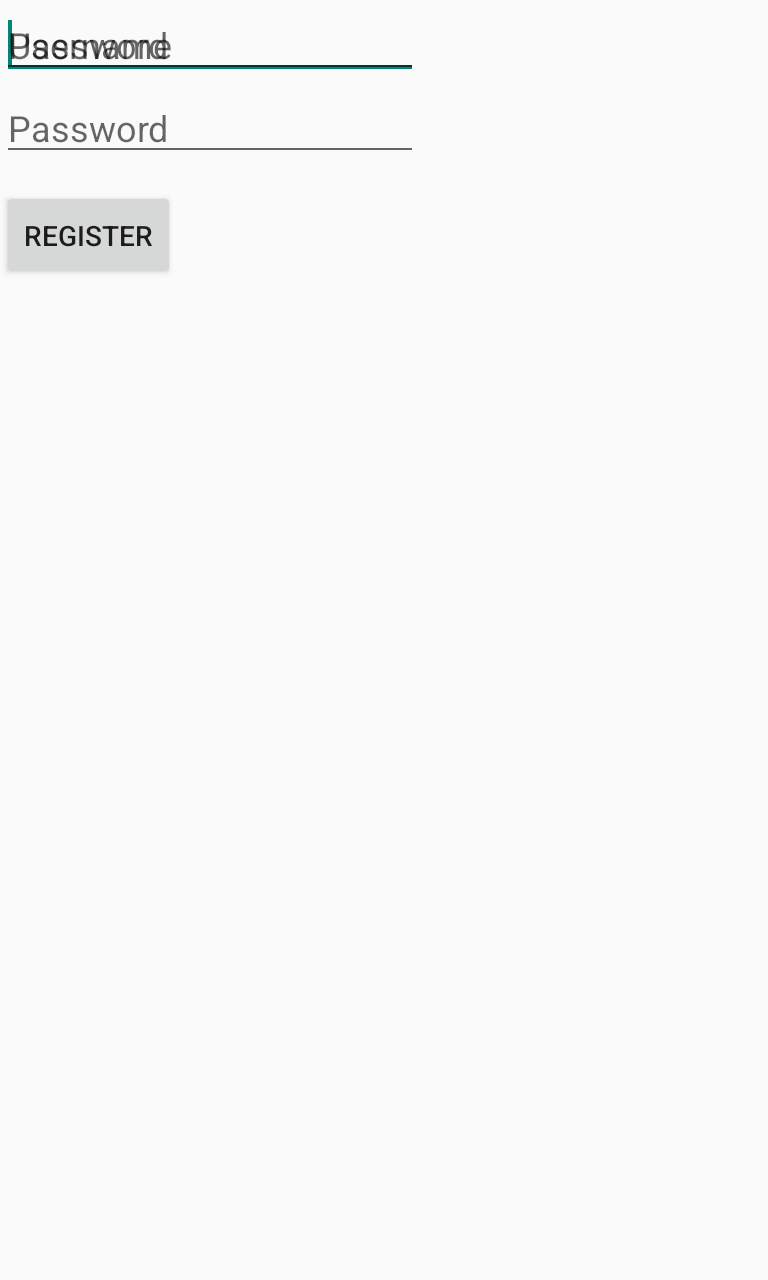
Repository: andrei-pl/PhotoWorld
Layout: Login/res/layout/register_layout.xml
These files come from the project's save history. The layout is drawn as it stood at one moment and after the next save; the edit follows.
It is drawn on a 768 x 1280 px phone screen (xhdpi) without system bars, with theme AppTheme; the app's code is not run.

Above is the layout before, as saved 2014-10-11 00:30:19.

After the next save:
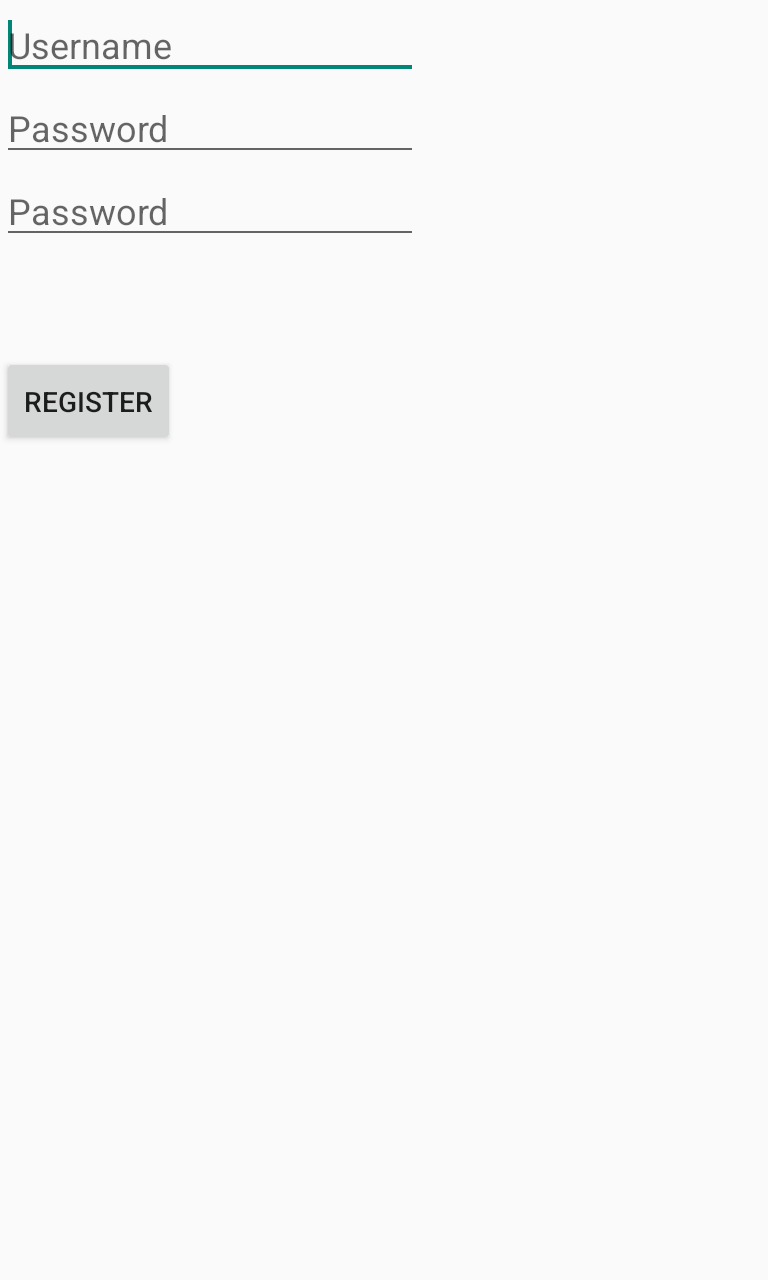
Saved 26 s later.
--- a/Login/res/layout/register_layout.xml
+++ b/Login/res/layout/register_layout.xml
@@ -26,7 +26,7 @@
         android:inputType="textPassword" />
 
     <EditText
-        android:id="@+id/editText2"
+        android:id="@+id/editText3"
         android:layout_width="wrap_content"
         android:layout_height="wrap_content"
         android:layout_alignParentLeft="true"
@@ -40,7 +40,7 @@
         android:layout_width="wrap_content"
         android:layout_height="wrap_content"
         android:layout_alignParentLeft="true"
-        android:layout_below="@+id/editText2"
+        android:layout_below="@+id/editText3"
         android:layout_marginTop="52dp"
         android:text="Register" />
 
